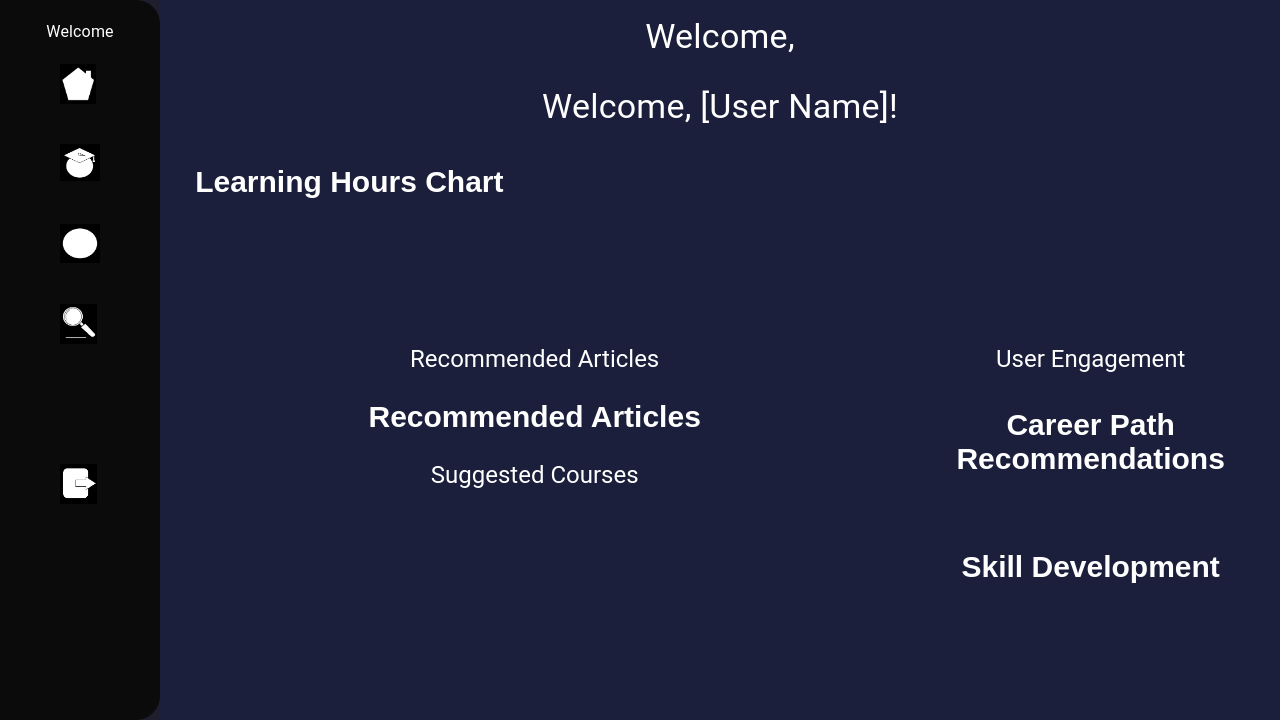
Repository: jvt2/OnlineCourseApp
Page: /dashboard
The author's editor kept a copy of each file at every save. The page is drawn from the files as they stood at one save, then again after the next save.
The browser window is 1280 px wide. The pictures show the whole page.
The page's requests for data from a server got no answer. The project was rebuilt for these pictures with package versions that can differ from the ones it lists, and the page was loaded fresh each time. No one was signed in, and anything a server would have sent is missing. Also part of the build but not shown: src/features/auth/Register.js, src/features/auth/Login.js, src/features/courses/ResumeUpload.js, src/features/courses/CourseRecommendations.js, src/components/common/MyModal.js, src/features/courses/CourseCatalog.js, src/features/courses/CourseDetail.js, src/components/common/Navbar.js and 3 more. Imported but missing from the stored project, and not drawn on this page: src/app/reportWebVitals.

Above is the page before, as saved 2024-07-18 16:55:45.

After the next save:
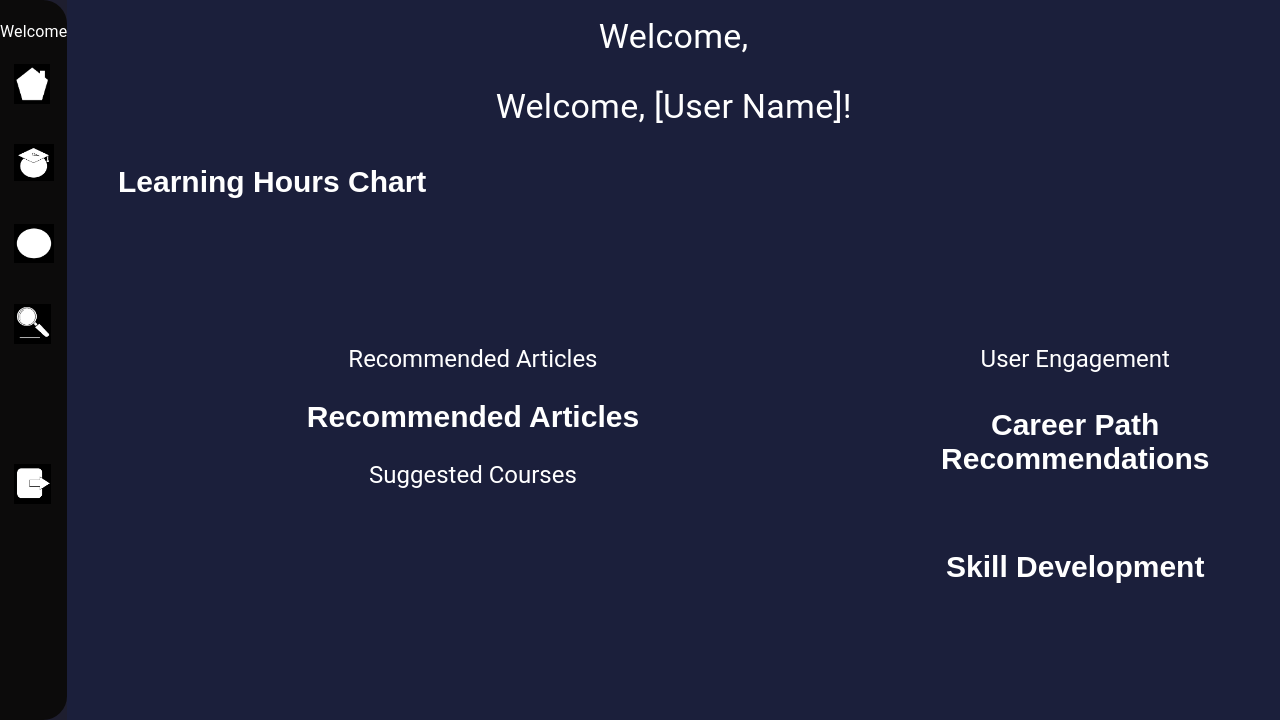
Saved 2 min 59 s later.
--- a/src/features/dashboard/Dashboard.css
+++ b/src/features/dashboard/Dashboard.css
@@ -32,8 +32,9 @@ body {
 
 .container {
   display: grid;
-  grid-template-columns: 160px 1fr;
-  min-height: 100vh;
+  grid-template-columns: auto 1fr;
+  height: 100vh;
+  width: 100%;
 }
 
 .sidebar {

After the save that followed:
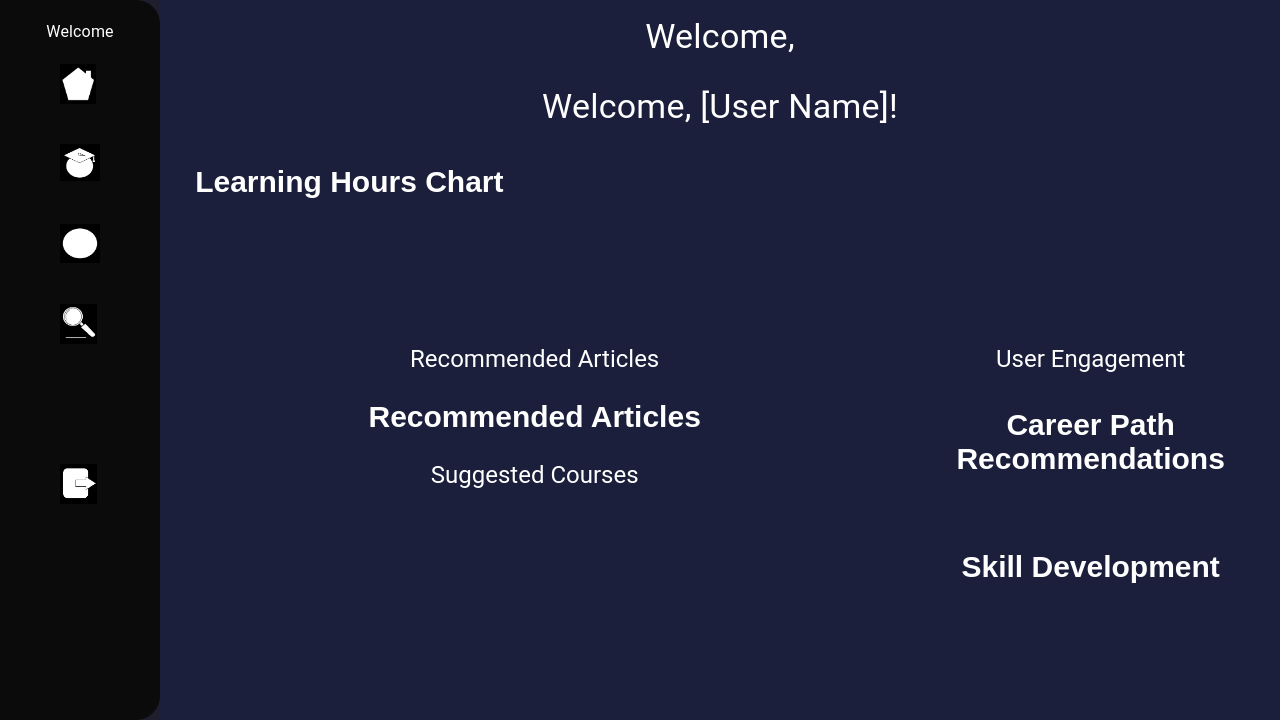
Saved 5 s later.
--- a/src/features/dashboard/Dashboard.css
+++ b/src/features/dashboard/Dashboard.css
@@ -32,9 +32,8 @@ body {
 
 .container {
   display: grid;
-  grid-template-columns: auto 1fr;
-  height: 100vh;
-  width: 100%;
+  grid-template-columns: 160px 1fr;
+  min-height: 100vh;
 }
 
 .sidebar {
